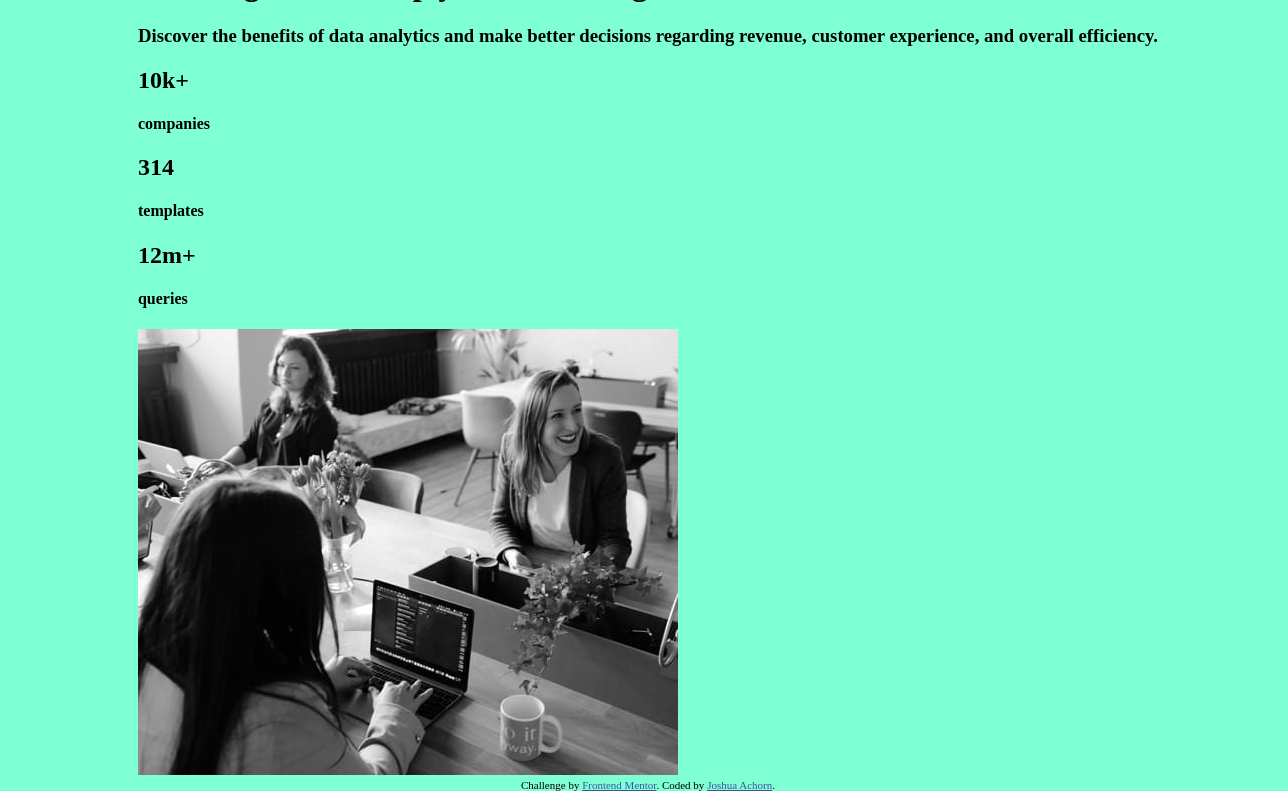
Repository: Achorn/stats-preview-card
Page: index.html
These files come from the project's save history. The page is drawn as it stood at one moment and after the next save; the edit follows.
The browser window is 1280 px wide. The page is 1288 px wide, so the pictures cover 1288 px, including what lies to the right of the window. The pictures show the whole page.

Above is the page before, as saved 2021-06-16 17:17:57.

After the next save:
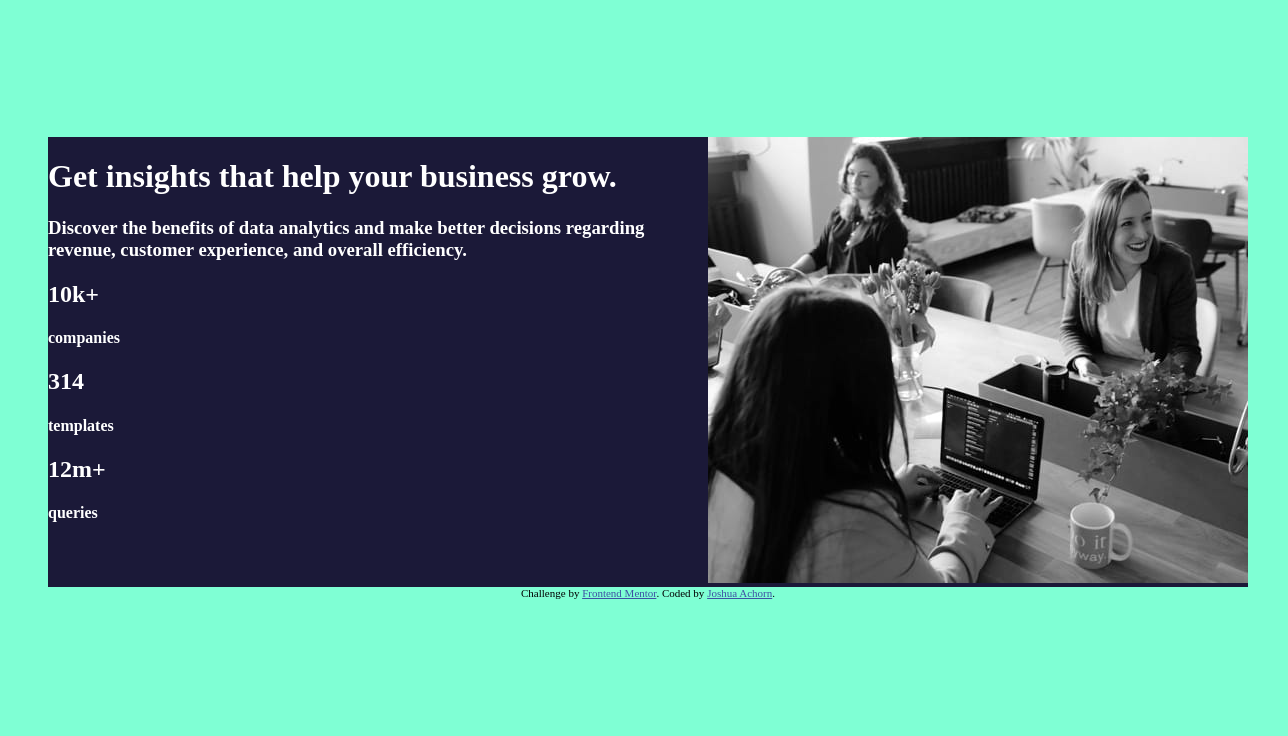
Saved 9 s later.
--- a/styles.css
+++ b/styles.css
@@ -7,3 +7,10 @@ body {
   justify-content: center;
   align-items: center;
 }
+
+#card-container {
+  max-width: 1200px;
+  color: white;
+  background-color: hsl(244, 38%, 16%);
+  display: flex;
+}
